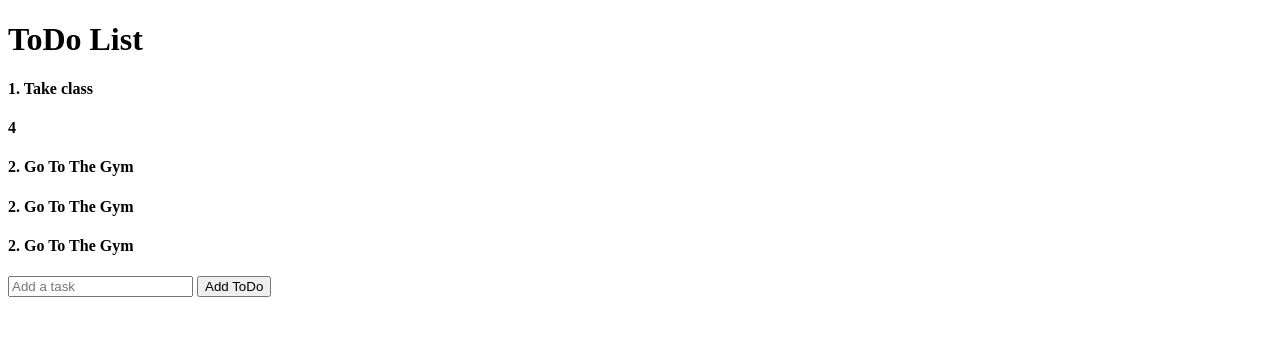
Repository: tanayburbure/Todo-application
Page: index.html
These files come from the project's save history. The page is drawn as it stood at one moment and after the next save; the edit follows.
The browser window is 1280 px wide. The pictures show the whole page.

Above is the page before, as saved 2025-10-20 22:24:54.

### index.html
<!DOCTYPE html>
<html lang="en">
<head>
    <meta charset="UTF-8">
    <meta name="viewport" content="width=device-width, initial-scale=1.0">
    <title>Document</title>
</head>
<body>
    <h1>ToDo List</h1>
    <h4>1. Take class</h4>
    <h4>2. Go To The Gym</h4>
    <h4>2. Go To The Gym</h4>
    <h4>2. Go To The Gym</h4>
    <h4>2. Go To The Gym</h4>
    <div>
        <input id="todo-input" type="text" placeholder="Add a task"/>
        <button onclick="addTodo()">Add ToDo</button>
    </div>
    <!-- <script>
        function addTodo(){
            const inputElement = document.querySelector("input")
            const value = inputElement.value;
            console.log(value)
        }
    </script> -->
    <script src="script.js"></script>
</body>
</html>

### script.js
let ctr = 0;
function callback(){
    // document.querySelectorAll("h4")[1].innerHTML = ctr;
    const el = document.querySelectorAll("h4")[1];
    el.innerHTML = ctr;
    ctr = ctr + 1;
}
setInterval(callback,1000)

After the next save:
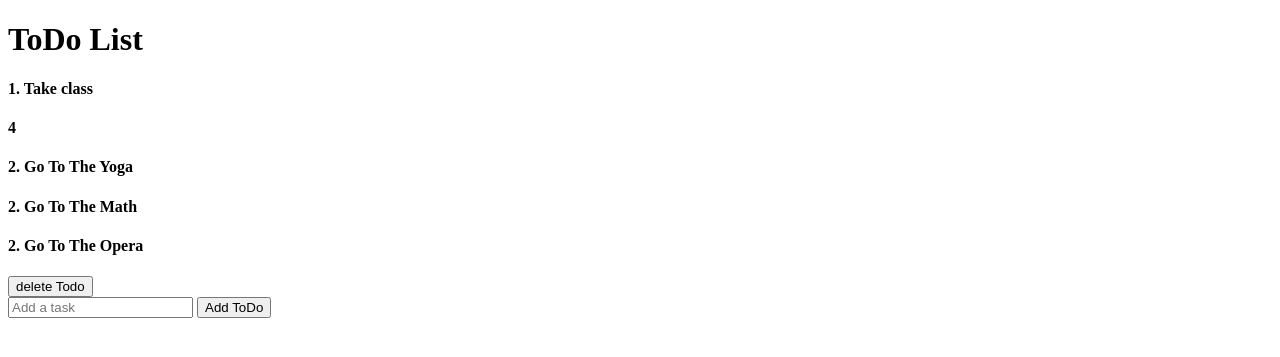
Saved 52 s later.
--- a/index.html
+++ b/index.html
@@ -9,9 +9,10 @@
     <h1>ToDo List</h1>
     <h4>1. Take class</h4>
     <h4>2. Go To The Gym</h4>
-    <h4>2. Go To The Gym</h4>
-    <h4>2. Go To The Gym</h4>
-    <h4>2. Go To The Gym</h4>
+    <h4>2. Go To The Yoga</h4>
+    <h4>2. Go To The Math</h4>
+    <h4>2. Go To The Opera</h4>
+    <button onclick="" >delete Todo</button>
     <div>
         <input id="todo-input" type="text" placeholder="Add a task"/>
         <button onclick="addTodo()">Add ToDo</button>
